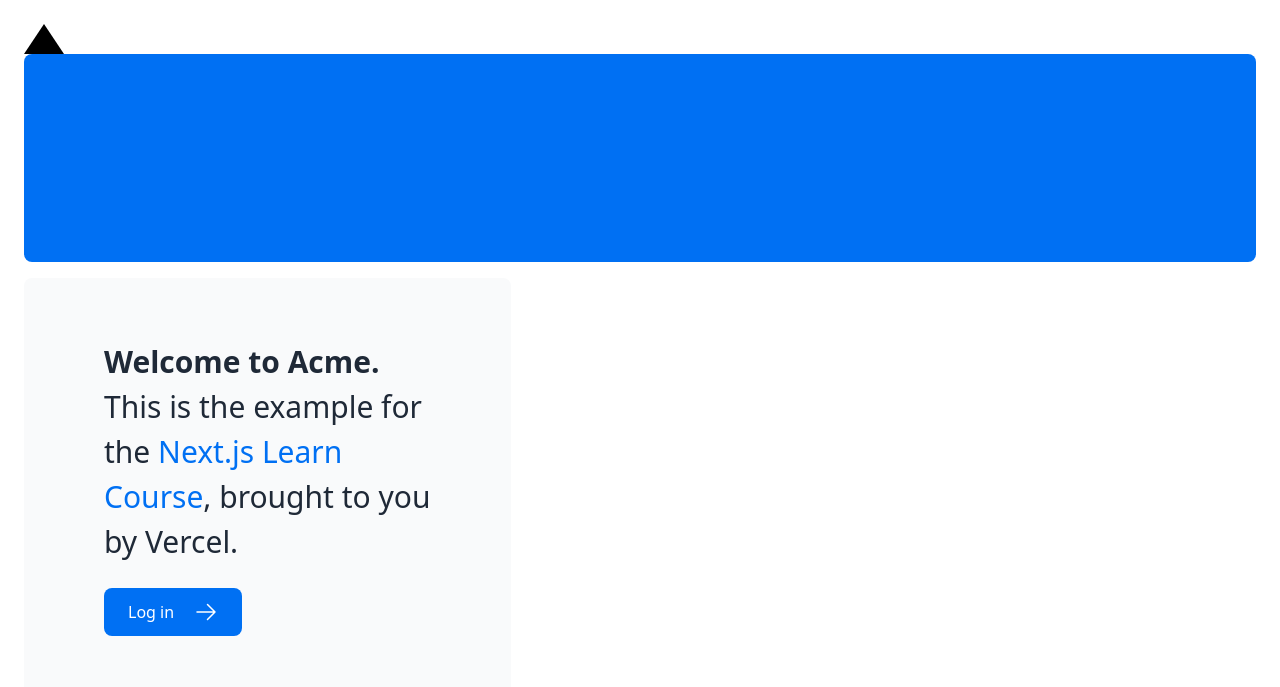
Repository: zhaoljgithub/nextjs-dashboard
Page: /
An editor plug-in stored every save of this project. The page is shown before and after the next save, followed by the edit.
The browser window is 1280 px wide. The pictures show the whole page.
The project was rebuilt for these pictures with package versions that can differ from the ones it lists, and the page was loaded fresh each time. The framework's server and built-in components were replaced by stand-ins that run in the browser. Also part of the build but not shown: next.config.js.

Above is the page before, as saved 2024-04-09 17:13:59.

### app/page.tsx
import AcmeLogo from '@/app/ui/acme-logo';
import { ArrowRightIcon } from '@heroicons/react/24/outline';
import Link from 'next/link';

export default function Page() {
  return (
    <main className="flex min-h-screen flex-col p-6">
      <div
  className="h-0 w-0 border-b-[30px] border-l-[20px] border-r-[20px] border-b-black border-l-transparent border-r-transparent"
/>
      <div className="flex h-20 shrink-0 items-end rounded-lg bg-blue-500 p-4 md:h-52">
        {/* <AcmeLogo /> */}
      </div>
      <div className="mt-4 flex grow flex-col gap-4 md:flex-row">
        <div className="flex flex-col justify-center gap-6 rounded-lg bg-gray-50 px-6 py-10 md:w-2/5 md:px-20">
          <p className={`text-xl text-gray-800 md:text-3xl md:leading-normal`}>
            <strong>Welcome to Acme.</strong> This is the example for the{' '}
            <a href="https://nextjs.org/learn/" className="text-blue-500">
              Next.js Learn Course
            </a>
            , brought to you by Vercel.
          </p>
          <Link
            href="/login"
            className="flex items-center gap-5 self-start rounded-lg bg-blue-500 px-6 py-3 text-sm font-medium text-white transition-colors hover:bg-blue-400 md:text-base"
          >
            <span>Log in</span> <ArrowRightIcon className="w-5 md:w-6" />
          </Link>
        </div>
        <div className="flex items-center justify-center p-6 md:w-3/5 md:px-28 md:py-12">
          {/* Add Hero Images Here */}
        </div>
      </div>
    </main>
  );
}

Loaded but not shown: app/layout.tsx (common file); app/ui/global.css (common file); tailwind.config.ts (common file)

After the next save:
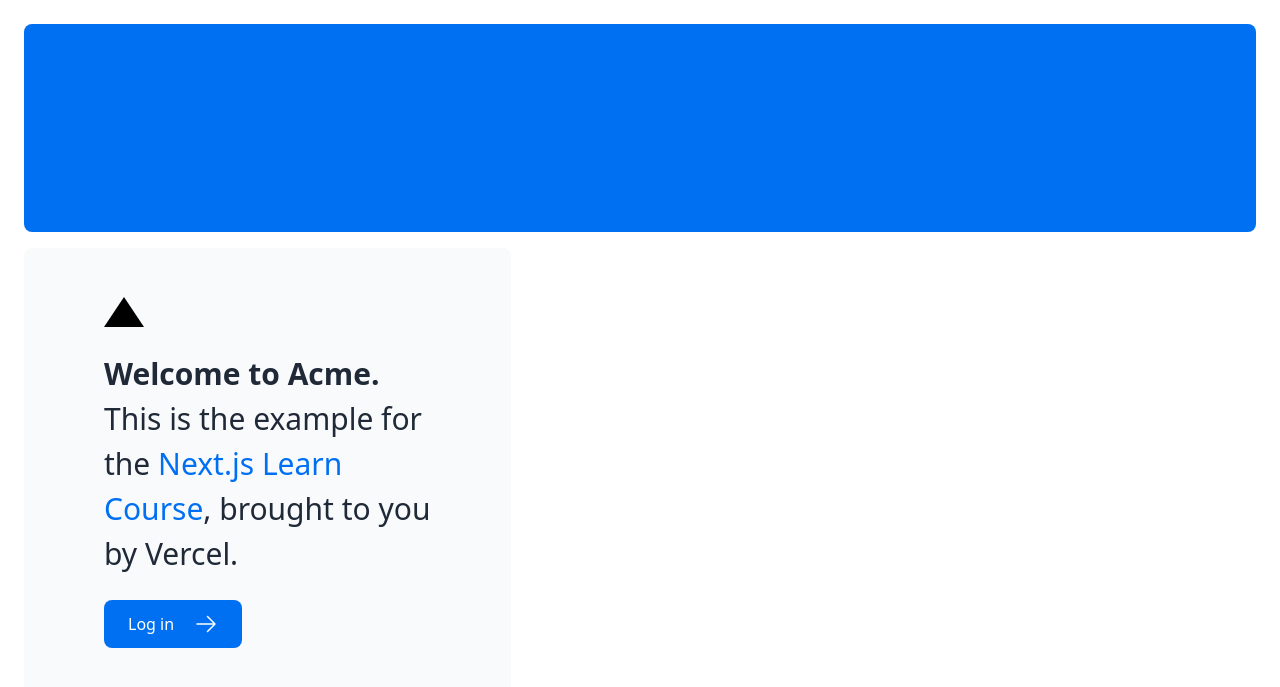
Saved 45 s later.
--- a/app/page.tsx
+++ b/app/page.tsx
@@ -5,14 +5,15 @@
 export default function Page() {
   return (
     <main className="flex min-h-screen flex-col p-6">
-      <div
-  className="h-0 w-0 border-b-[30px] border-l-[20px] border-r-[20px] border-b-black border-l-transparent border-r-transparent"
-/>
+
       <div className="flex h-20 shrink-0 items-end rounded-lg bg-blue-500 p-4 md:h-52">
         {/* <AcmeLogo /> */}
       </div>
       <div className="mt-4 flex grow flex-col gap-4 md:flex-row">
         <div className="flex flex-col justify-center gap-6 rounded-lg bg-gray-50 px-6 py-10 md:w-2/5 md:px-20">
+          <div
+              className="h-0 w-0 border-b-[30px] border-l-[20px] border-r-[20px] border-b-black border-l-transparent border-r-transparent"
+          />
           <p className={`text-xl text-gray-800 md:text-3xl md:leading-normal`}>
             <strong>Welcome to Acme.</strong> This is the example for the{' '}
             <a href="https://nextjs.org/learn/" className="text-blue-500">
